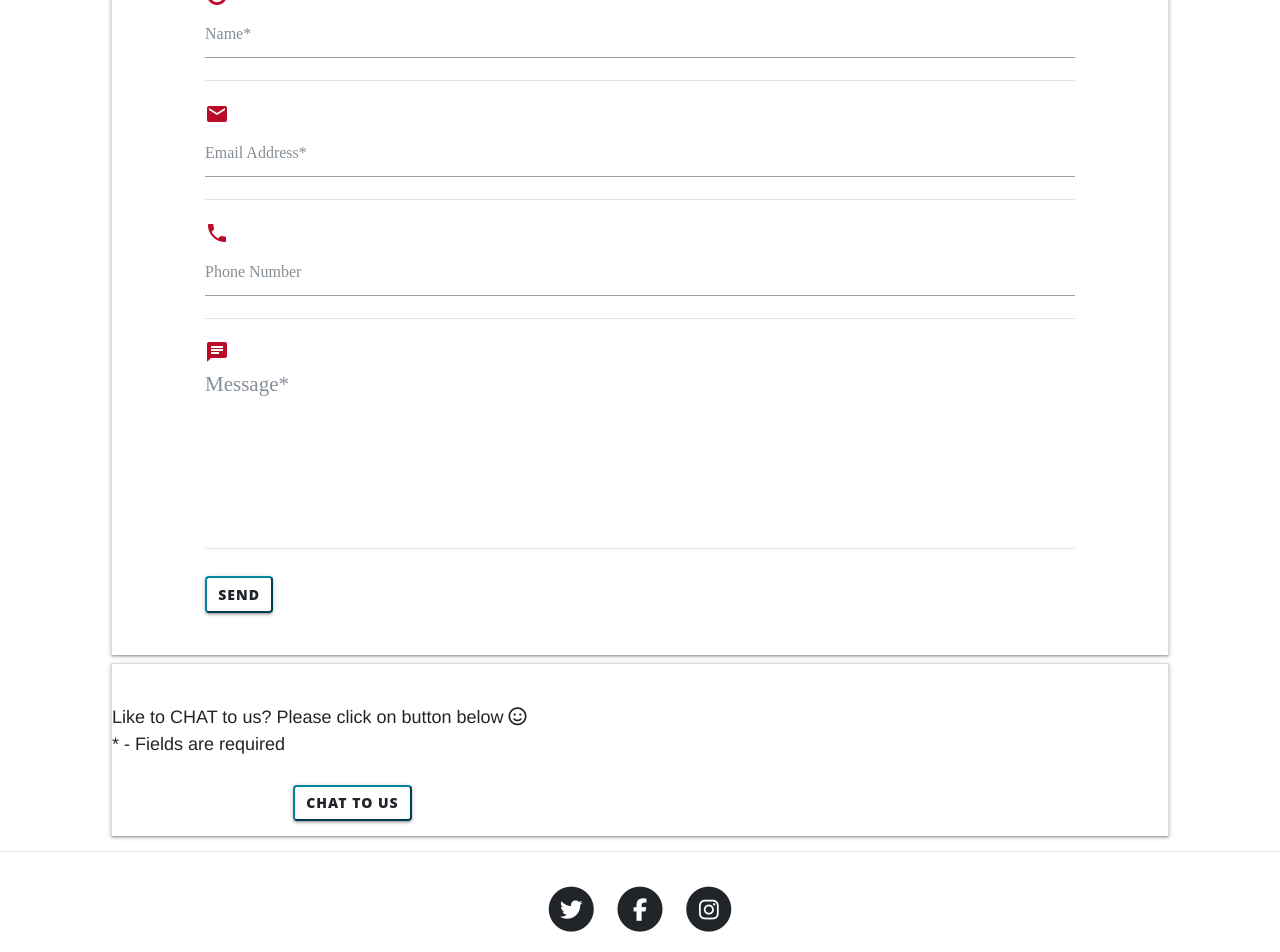
Repository: Code-Institute-Submissions/simas-recipes
Page: http://localhost/contact
The author's editor kept a record of every edit. The page is drawn from the files as they stood at one moment, then again after the next edit.
The browser window is 1280 px wide. The pictures show the part of the page from y = 837 to 1789 px (the page is 1789 px tall).
Some web fonts or font styles are not loaded; a fallback is used. Some web libraries are served in a nearby version. The page is served by the project's application, run on Flask 3 (run.py).

Above is the page before.

After the next edit:
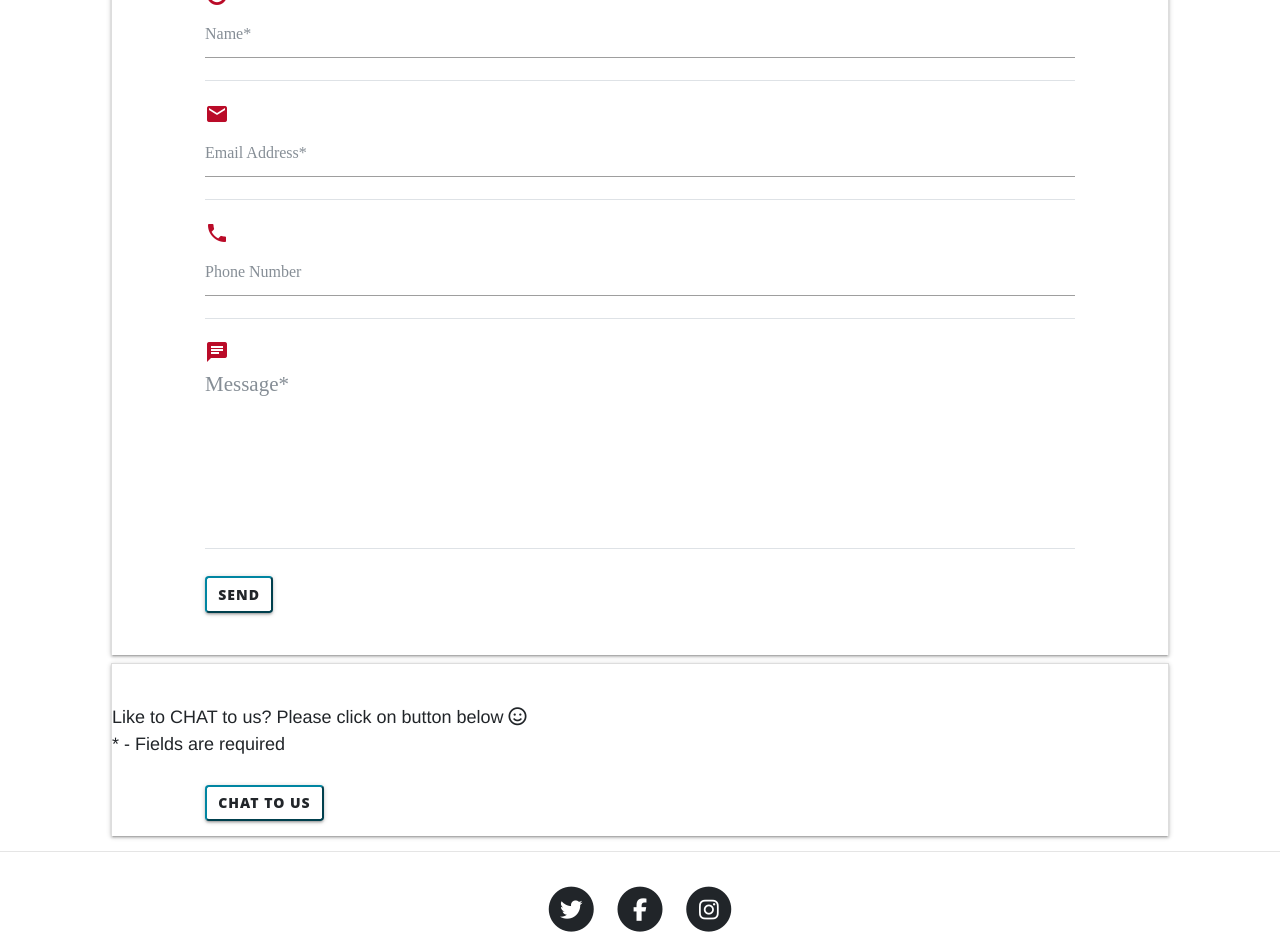
The edit:
--- a/templates/contact.html
+++ b/templates/contact.html
@@ -66,8 +66,8 @@
         <p class="contact-form">Like to CHAT to us? Please click on button below <i class="far fa-smile"></i></p>
         <p>* - Fields are required</p>
 
-    <div class="row">
-        <div class="col-lg-8 col-md-10 mx-auto">
+        <div class="row">
+        <div class="col-lg-10 col-md-12 col-sm-12 mx-auto">
             <br>
             <div class="form-group">
                 <button type="submit" class="btn waves-effect waves-light" id="chatMessageButton">
